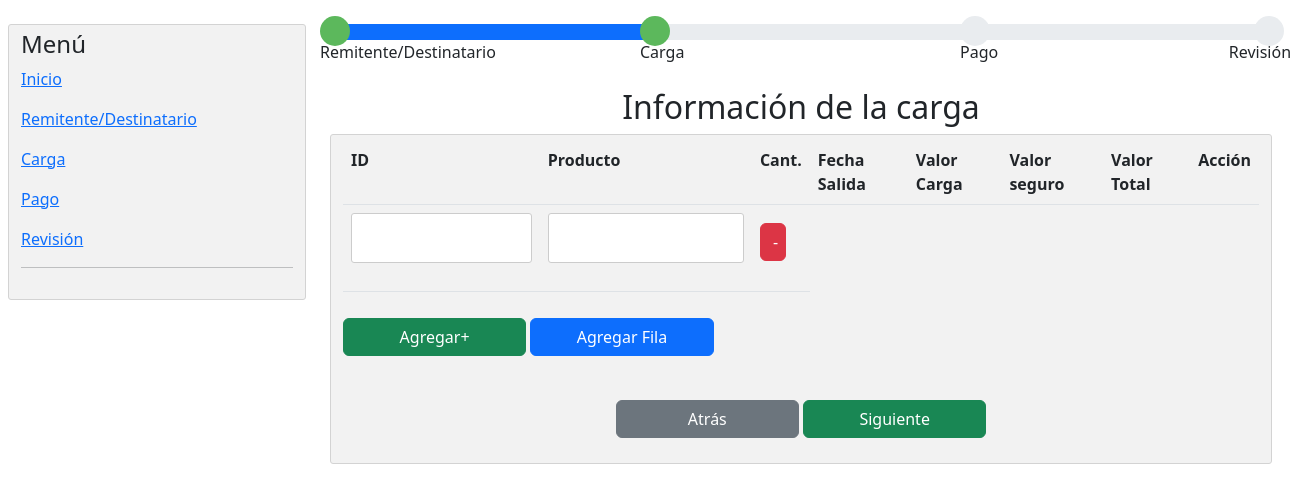
Repository: SennovaFluvial/Trasnfluvial
Page: appFluvial/templates/card1carga.html
The author's editor kept a copy of each file at every save. The page is drawn from the files as they stood at one save, then again after the next save.
The browser window is 1280 px wide. The page is 1291 px wide, so the pictures cover 1291 px, including what lies to the right of the window. The pictures show the whole page.
The template is drawn by Django 3.2. The application's start-up code is not run. The template is opened directly, without the code that normally fills it, so the values that code supplies are empty.

Above is the page before, as saved 2023-10-19 23:30:18.

After the next save:
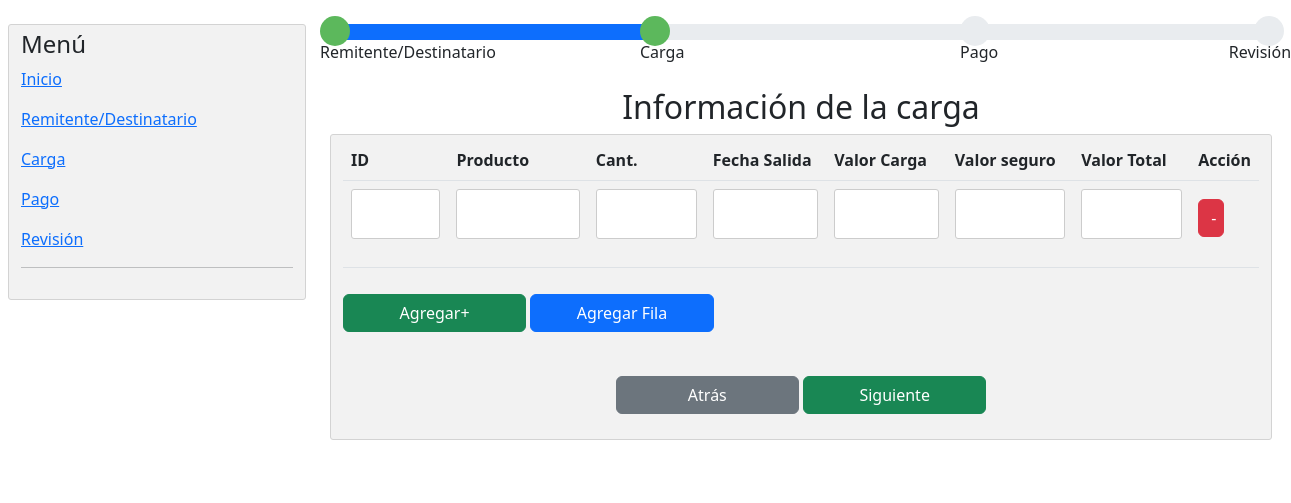
Saved 84 s later.
--- a/appFluvial/templates/card1carga.html
+++ b/appFluvial/templates/card1carga.html
@@ -241,8 +241,14 @@ span.price {
                 <th>Acción</th>
               </tr>
               <tr>
-                <td><input type="text" name="name"></td>
-                <td><input type="text" name="age"></td>
+                <td><input type="text" name="id"></td>
+                <td><input type="text" name="producto"></td>
+                <td><input type="text" name="cant"></td>
+                <td><input type="text" name="fechasal"></td>
+                <td><input type="text" name="valorca"></td>
+                <td><input type="text" name="valorse"></td>
+                <td><input type="text" name="valorto"></td>
+
                 <td><button type="button"  class="btn btn-danger" onclick="deleteRow(this)">-</button></td>
               </tr>
             </table>
